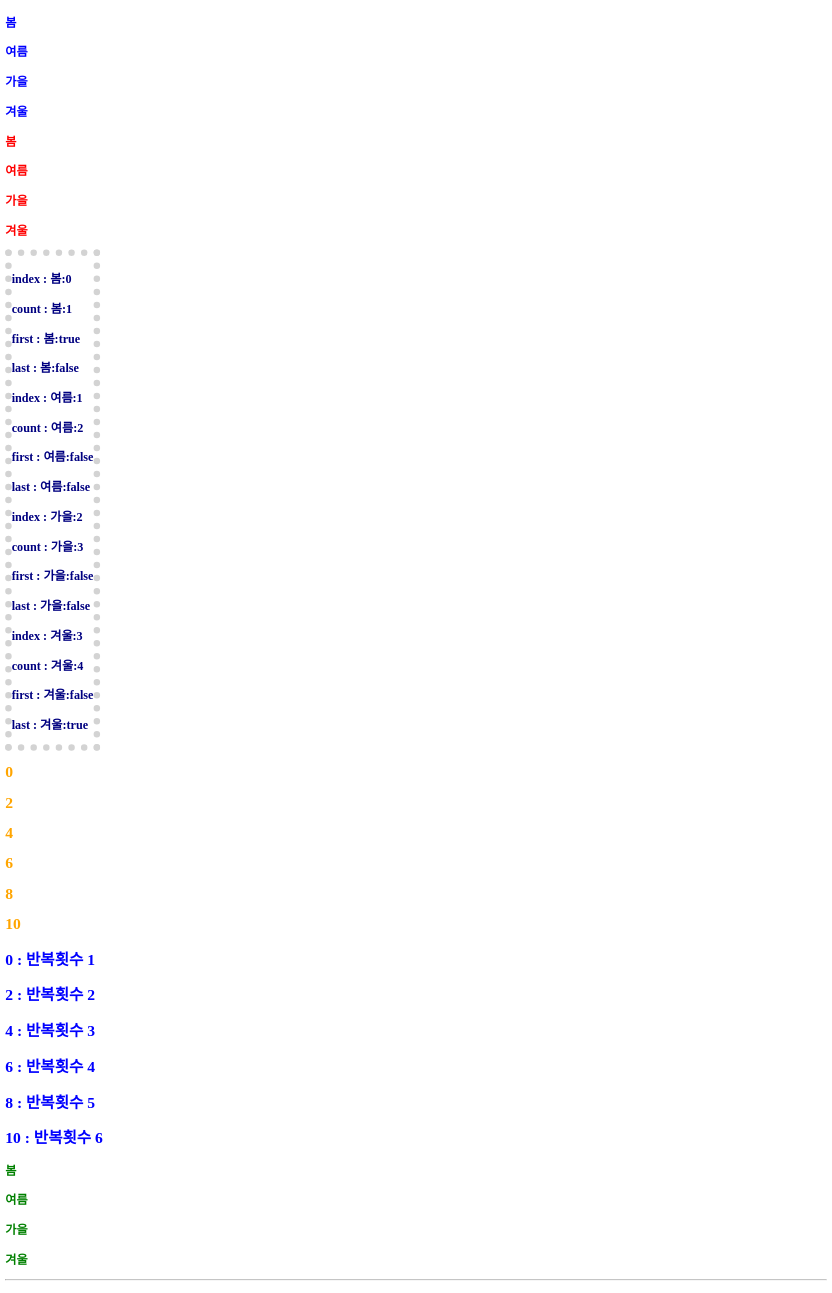
Repository: UnibusK/Java-Study
Page: http://localhost/JSP31/
These files come from the project's save history. The page is drawn as it stood at one moment and after the next save; the edit follows.
The browser window is 1280 px wide. The pictures show the whole page, at 65% of full size.
The page is served by Tomcat 9.

Above is the page before, as saved 2023-12-07 06:42:48.

### JSP/JSP31/src/main/webapp/index.jsp
<%@ page language="java" contentType="text/html; charset=UTF-8"
    pageEncoding="UTF-8"%>
<%@ taglib uri="http://java.sun.com/jsp/jstl/core" prefix="c" %>
<!DOCTYPE html>
<html>
	<head>
		<meta charset="UTF-8">
		<title>JSTL 반복문(for문)</title>
	</head>
	<body>
		<%
			String[] season={"봄", "여름", "가을", "겨울"};
			//일반 for문 방식
			for(int i=0; i<season.length; i++){
				out.print("<h3 style='color:blue';>"+season[i]+"</h3>");
			}

			//향상된 for문(improved for)
			for(String str:season){
				%><h3 style='color:red;'><%=str %></h3><%
			}
			pageContext.setAttribute("arr",season);
		%>
		<!-- varStatus : JSTL forEach가 가동되는 동안 var 변수의 상태를 저장해둔 객체 -->
		<!-- varStatue.index : 0번부터 length-1까지 존재하는 고유 번호 배열번호-->
		<!-- varStatue.count : 반복 횟수를 알려주는 필드, 1부터 시작 -->
		<!-- varStatue.first : 최초의 데이터 인지를 판별, 값은 boolean을 가지고 있음 -->
		<!-- varStatue.last : 최후의 데이터 인지를 판별, 값은 boolean을 갖고 있음 -->
		<c:forEach var="str" items="${arr }" varStatus="iter">
			<c:if test="${iter.first }">
				<div style="border:10px dotted lightgray; width:max-content;">
			</c:if>
			<!-- index -->
			<h3 style='color:navy;'>index : ${str }:${iter.index }</h3>
			<!-- count -->
			<h3 style='color:navy;'>count : ${str }:${iter.count }</h3>
			<!-- first -->
			<h3 style='color:navy;'>first : ${str }:${iter.first }</h3>
			<!-- last -->
			<h3 style='color:navy;'>last : ${str }:${iter.last }</h3>
			<c:if test="${iter.last }">
				</div>
			</c:if>
		</c:forEach>

		<%
			for(int i=0; i<=10; i+=2){
				out.print("<H2 style='color:orange'>"+i+"</h2>");
			}
		%>
		<c:forEach var="i" begin="0" end="10" step="2" varStatus="iter">
			<h2 style='color:blue;'>${i } : 반복횟수 ${iter.count }</h2>
		</c:forEach>
		<%
			String data="봄,여름,가을,겨울";
			String iot="iot.융합,프로그래밍?학과";
			pageContext.setAttribute("dt", data);
			pageContext.setAttribute("dt2", iot);
		%>
		<c:forTokens var="test" items="${dt }" delims=",">
			<h3 style="color:green;">${test }</h3>
		</c:forTokens>
		<hr>
		<c:forTokens var="test2" items="${dt2 }" delims=",.?">
			<h3 style="color:red;">${test }</h3>
		</c:forTokens>
	</body>
</html>

After the next save:
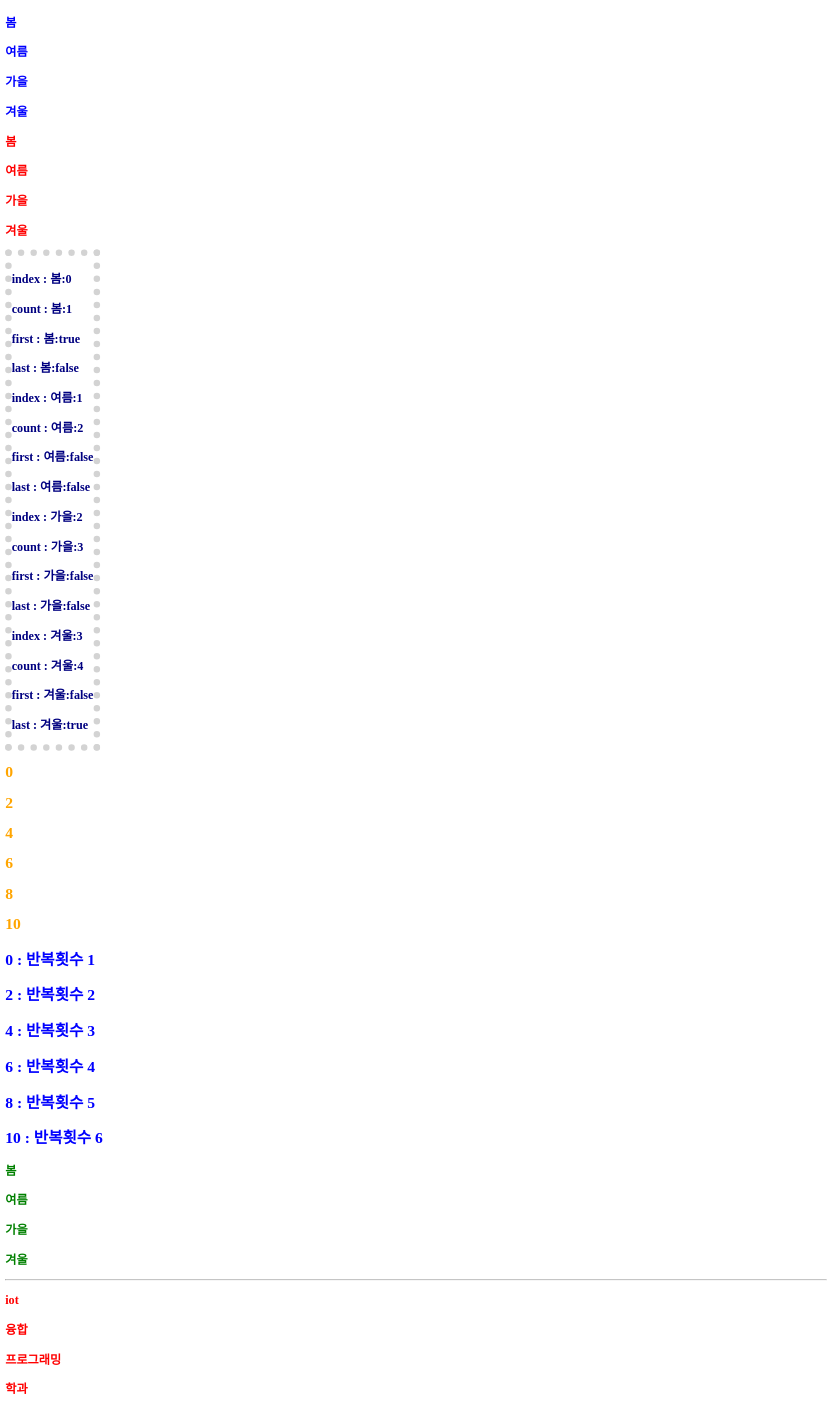
Saved 8 s later.
--- a/JSP/JSP31/src/main/webapp/index.jsp
+++ b/JSP/JSP31/src/main/webapp/index.jsp
@@ -62,7 +62,7 @@
 		</c:forTokens>
 		<hr>
 		<c:forTokens var="test2" items="${dt2 }" delims=",.?">
-			<h3 style="color:red;">${test }</h3>
+			<h3 style="color:red;">${test2 }</h3>
 		</c:forTokens>
 	</body>
 </html>
